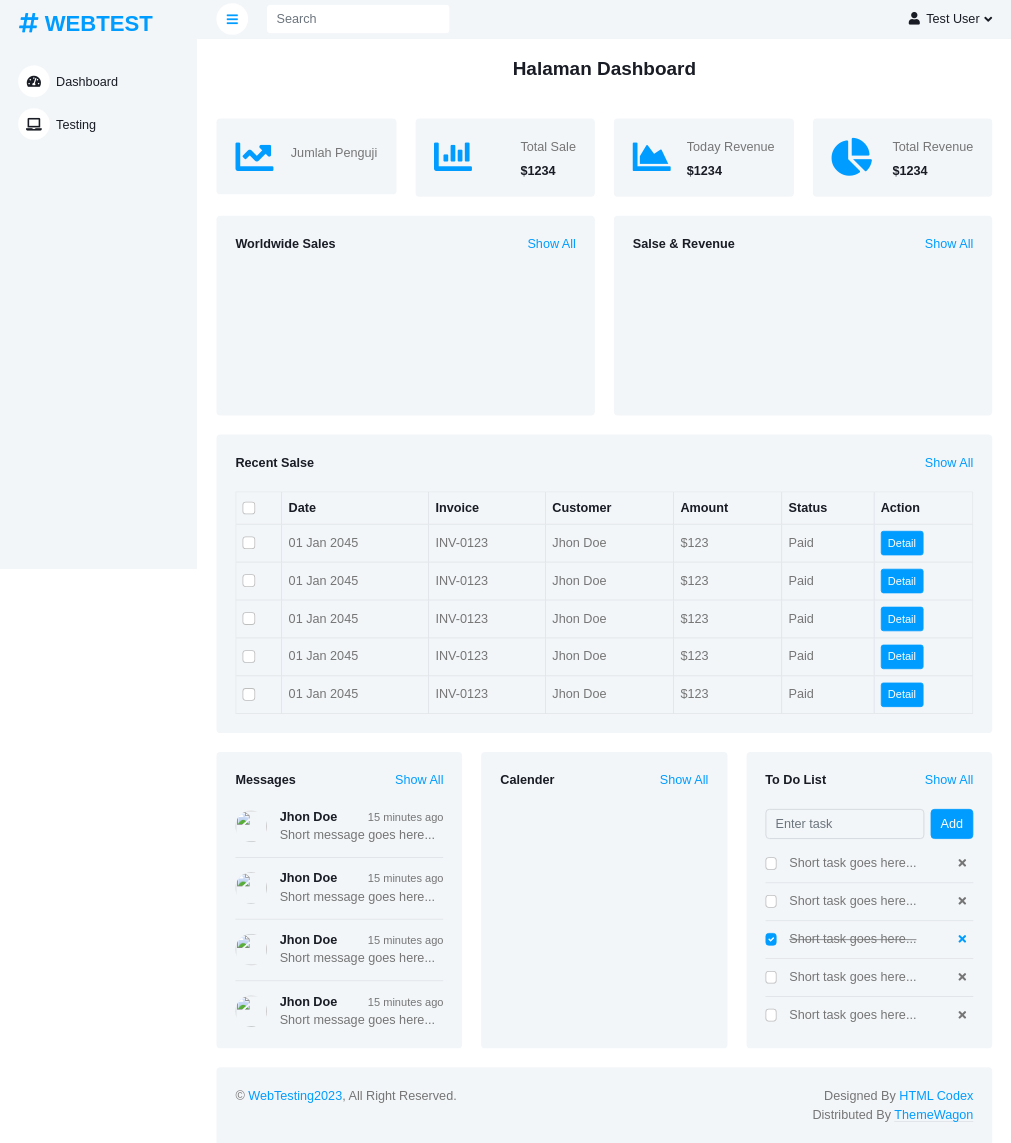
Repository: MarsellaDF/web-testing-jamur
Page: resources/views/dashboard.blade.php
The author's editor kept a copy of each file at every save. The page is drawn from the files as they stood at one save, then again after the next save.
The browser window is 1280 px wide. The pictures show the whole page, at 79% of full size.
Some web fonts or font styles are not loaded; a fallback is used. Some web libraries are served in a nearby version. The page is served by the project's Laravel application, run on PHP 8.4 with Laravel 10. A made-up administrator, Test User (test@example.com), is signed in. The template is opened directly, without the code that normally fills it, so the values that code supplies are empty.

Above is the page before, as saved 2023-06-14 02:24:07.
Console error: TypeError: $(...).waypoint is not a function

After the next save:
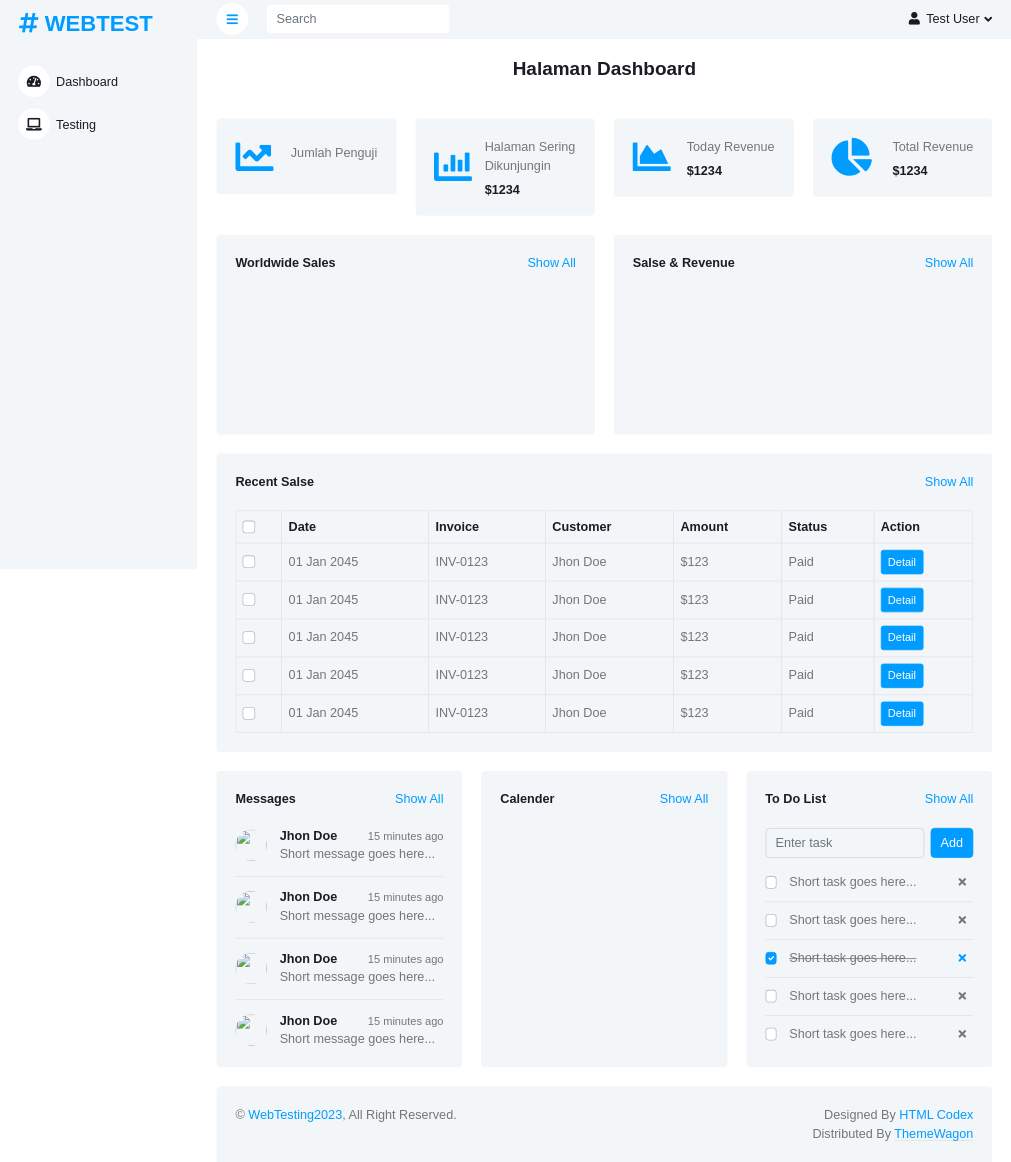
Saved 56 s later.
--- a/web-testing-app/resources/views/dashboard.blade.php
+++ b/web-testing-app/resources/views/dashboard.blade.php
@@ -18,7 +18,7 @@
                         <div class="bg-light rounded d-flex align-items-center justify-content-between p-4">
                             <i class="fa fa-chart-bar fa-3x text-primary"></i>
                             <div class="ms-3">
-                                <p class="mb-2">Total Sale</p>
+                                <p class="mb-2">Halaman Sering Dikunjungin</p>
                                 <h6 class="mb-0">$1234</h6>
                             </div>
                         </div>
